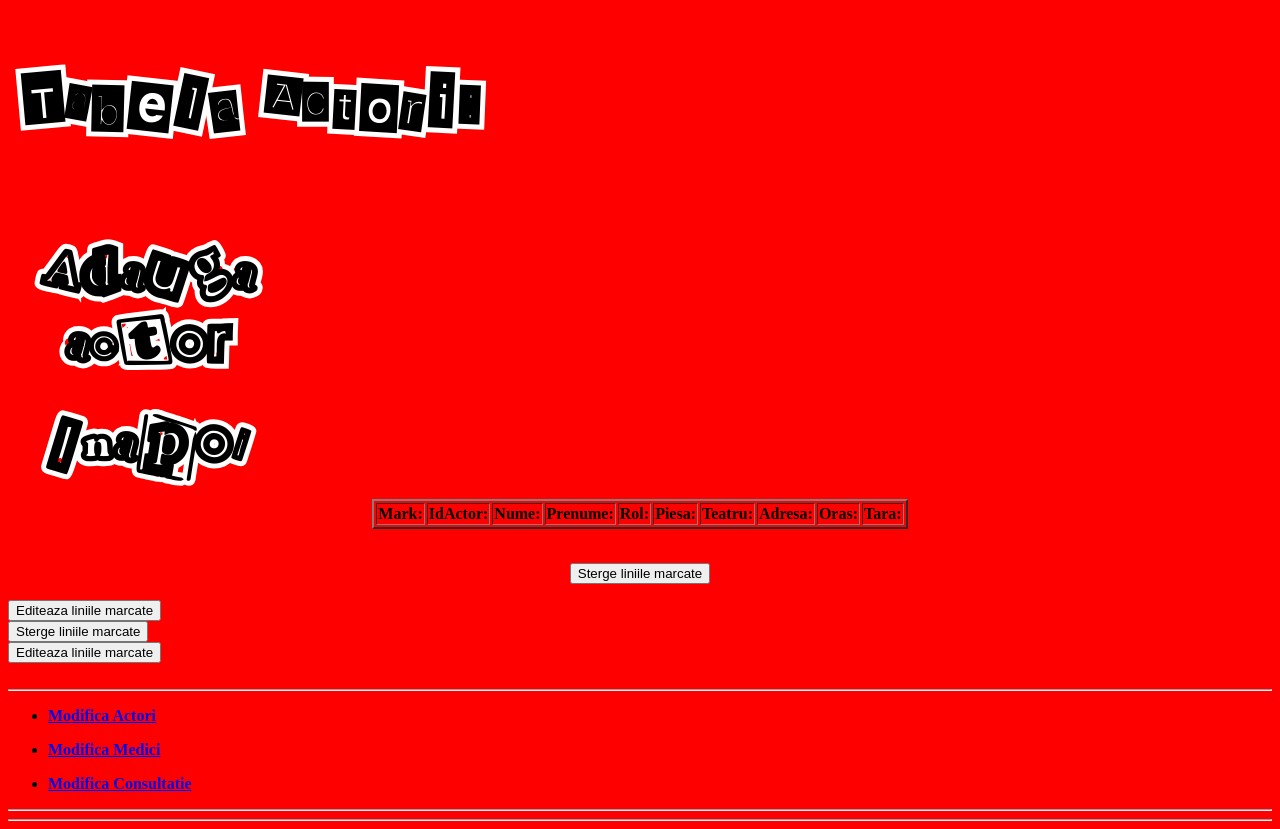
Repository: SusStefan/ActorDB
Page: http://localhost/Actori/tabela_actori.jsp
An editor plug-in stored every save of this project. The page is shown before and after the next save, followed by the edit.
The browser window is 1280 px wide. The pictures show the whole page.
The page is served by Tomcat 9. Queries for data that is not in the repository find no rows.

Above is the page before, as saved 2025-12-15 19:29:41.
Console error: TypeError: Cannot set properties of null (setting 'innerHTML')

After the next save:
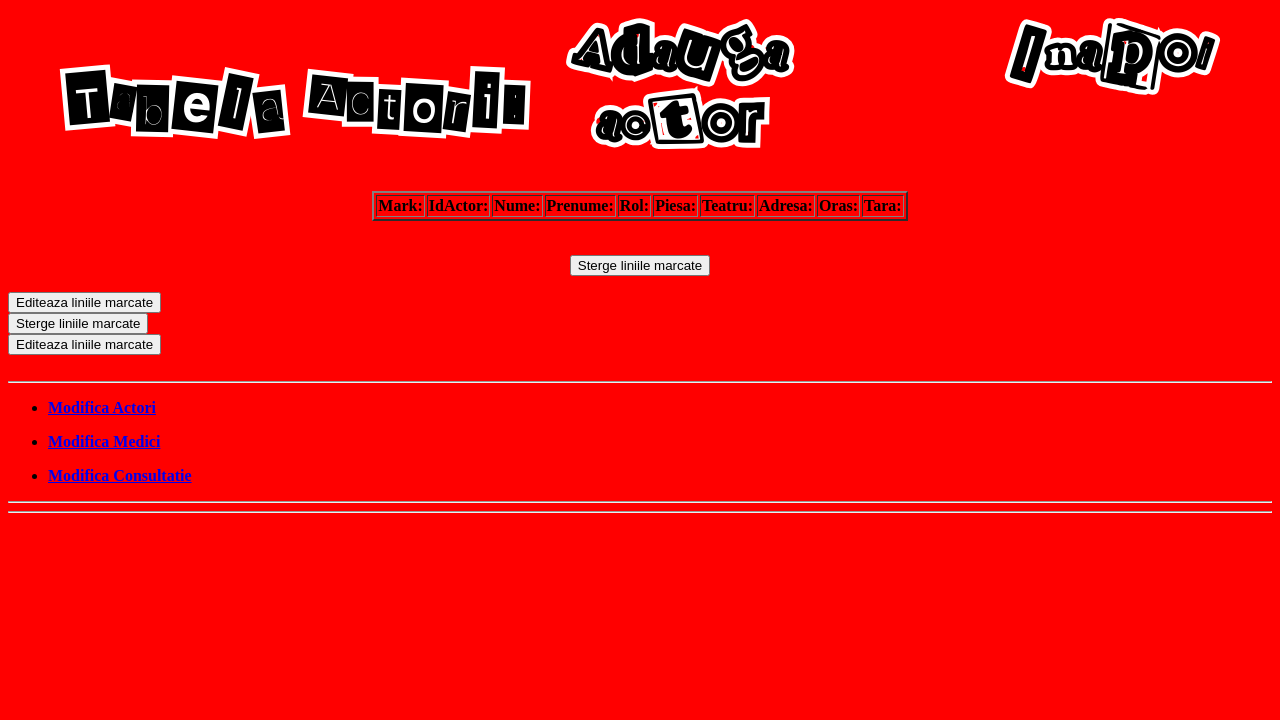
Saved 11 s later.
--- a/Actori/src/main/webapp/tabela_actori.jsp
+++ b/Actori/src/main/webapp/tabela_actori.jsp
@@ -10,7 +10,7 @@
  <jsp:useBean id="jb" scope="session" class="db.JavaBean" />
  <jsp:setProperty name="jb" property="*" />
  <body>
-  <div id="butholder">
+  <div id="butholder2">
  <h1 align="center" id="titlu"> Tabela Actori:</h1>
  <br/>
 
